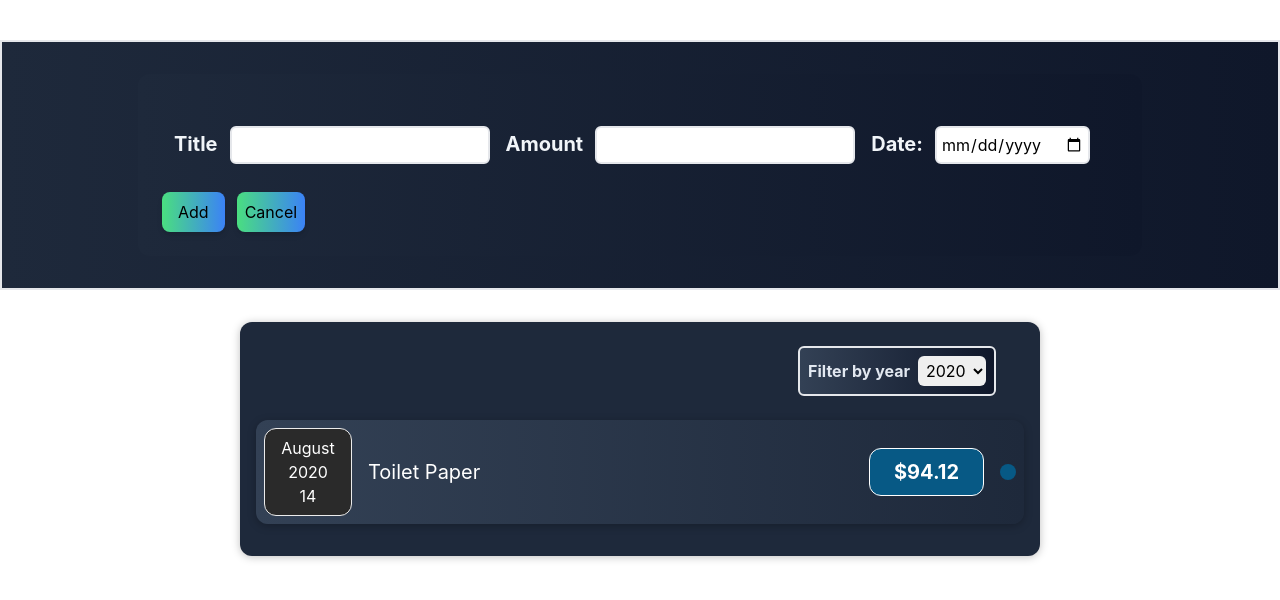
Repository: Sef24/expense-tracker
Page: /, after clicking the first element matching `button`
An editor plug-in stored every save of this project. The page is shown before and after the next save, followed by the edit.
The browser window is 1280 px wide. The pictures show the whole page.
The project was rebuilt for these pictures with package versions that can differ from the ones it lists, and the page was loaded fresh each time. Also part of the build but not shown: src/components/NewExpense/NewExpense.css, src/components/NewExpense/ExpenseForm.css.

Above is the page before, as saved 2022-05-03 16:43:09.

### public/index.html
<!DOCTYPE html>
<html lang="en">
  <head>
    <meta charset="utf-8" />
    <link rel="icon" href="%PUBLIC_URL%/favicon.ico" />
    <meta name="viewport" content="width=device-width, initial-scale=1" />

    <meta
      name="description"
      content="Web site created using create-react-app"
    />
    <link rel="apple-touch-icon" href="%PUBLIC_URL%/logo192.png" />
    <!--
      manifest.json provides metadata used when your web app is installed on a
      user's mobile device or desktop. See https://developers.google.com/web/fundamentals/web-app-manifest/
    -->
    <link rel="manifest" href="%PUBLIC_URL%/manifest.json" />
    <!--
      Notice the use of %PUBLIC_URL% in the tags above.
      It will be replaced with the URL of the `public` folder during the build.
      Only files inside the `public` folder can be referenced from the HTML.

      Unlike "/favicon.ico" or "favicon.ico", "%PUBLIC_URL%/favicon.ico" will
      work correctly both with client-side routing and a non-root public URL.
      Learn how to configure a non-root public URL by running `npm run build`.
    -->
    <title>React App</title>
  </head>
  <body>
    <noscript>You need to enable JavaScript to run this app.</noscript>
    <div id="root"></div>
    <!--
      This HTML file is a template.
      If you open it directly in the browser, you will see an empty page.

      You can add webfonts, meta tags, or analytics to this file.
      The build step will place the bundled scripts into the <body> tag.

      To begin the development, run `npm start` or `yarn start`.
      To create a production bundle, use `npm run build` or `yarn build`.
    -->
  </body>
</html>

### src/App.js
import Expenses from "./components/Expenses";
import NewExpense from "./components/NewExpense/NewExpense";
import { useState } from "react";

const DUMMY_DATA = [
  {
    id: "e1",
    title: "Toilet Paper",
    amount: 94.12,
    date: new Date(2020, 7, 14),
  },
  { id: "e2", title: "New TV", amount: 799.49, date: new Date(2021, 2, 12) },
  {
    id: "e3",
    title: "Car Insurance",
    amount: 294.67,
    date: new Date(2021, 2, 28),
  },
  {
    id: "e4",
    title: "New Desk (Wooden)",
    amount: 450,
    date: new Date(2021, 5, 12),
  },
];

function App() {
  const [expenses, setExpenses] = useState(DUMMY_DATA);

  const addExpenseHandler = (expense) => {
    setExpenses((prevExpenses) => {
      return [expense, ...prevExpenses];
    });
  };
  return (
    <div>
      <div>
        <NewExpense onAddExpense={addExpenseHandler} />
        <Expenses items={expenses} />
      </div>
    </div>
  );
}

export default App;

### src/components/Expenses.js
import React, { useState } from "react";
import ExpenseItem from "./ExpenseItem";
import "./Expenses.css";
import ExpensesList from "./ExpensesList";
import ExpensesFilter from "./NewExpense/ExpensesFilter";

function Expenses(props) {
  const [filteredYear, setFilteredYear] = useState("2020");

  const filterChangeHandler = (selectedYear) => {
    setFilteredYear(selectedYear);
  };

  const filteredExpenses = props.items.filter((expense) => {
    return expense.date.getFullYear().toString() === filteredYear;
  });

  return (
    <div>
      <div className="expenses  bg-slate-800 ... ">
        <ExpensesFilter
          selected={filteredYear}
          onChangeFilter={filterChangeHandler}
        />
        <ExpensesList items={filteredExpenses} />
      </div>
    </div>
  );
}

export default Expenses;

### src/components/NewExpense/NewExpense.js
import React from "react";
import "./NewExpense.css";
import ExpenseForm from "./ExpenseForm";
import { useState } from "react";

function NewExpense(props) {
  const [isEditing, setIsEditing] = useState(false);

  const saveExpenseDataHandler = (enteredExpenseData) => {
    const expenseData = {
      ...enteredExpenseData,
      id: Math.random().toString(),
    };

    props.onAddExpense(expenseData);
    setIsEditing(false);
  };

  const startEditingHandler = () => {
    setIsEditing(true);
  };

  const stopEditingHandler = () => {
    setIsEditing(false);
  };

  return (
    <div
      className="flex w-full p-4 mt-10 items-center justify-center border-2
      bg-gradient-to-r from-slate-800 to-slate-900 ... px-10"
    >
      {!isEditing && (
        <button
          onClick={startEditingHandler}
          className="flex items-center justify-center border-2 p-4 rounded-lg text-slate-50"
        >
          Add Expense
        </button>
      )}
      {isEditing && (
        <ExpenseForm
          onSaveExpenseData={saveExpenseDataHandler}
          onCancel={stopEditingHandler}
        />
      )}
    </div>
  );
}

export default NewExpense;

### src/components/ExpenseItem.js
import React, { useState } from "react";
import "./ExpenseItem.css";
import ExpenseDate from "./ExpenseDate";

function ExpenseItem(props) {
  const [title, setTitle] = useState(props.title);

  const clickHandler = () => {
    setTitle("Updated");
    console.log(title);
  };

  return (
    <li>
      <div className="expense-item bg-gradient-to-r  from-slate-700  to-slate-800 ... border-x-cyan-100 ">
        <ExpenseDate date={props.date} />

        <div className="expense-item__description">
          <h2>{props.title}</h2>

          <div className="expense-item__price bg-sky-800">${props.amount}</div>
        </div>
        <button
          className="p-2 ml-4 border-transparent rounded-full border-0
        bg-sky-800 font-bold text-slate-50"
          onClick={clickHandler}
        ></button>
      </div>
    </li>
  );
}

export default ExpenseItem;

### src/components/Expenses.css
.expenses {
  padding: 1rem;

  margin: 2rem auto;
  width: 50rem;
  max-width: 95%;
  border-radius: 12px;
  box-shadow: 0 1px 8px rgba(0, 0, 0, 0.25);
}

### src/components/ExpensesList.js
import React from "react";

import ExpenseItem from "./ExpenseItem";

const ExpensesList = (props) => {
  if (props.items.length === 0) {
    return (
      <h2 className="text-white font-extrabold text-xl flex items-center justify-center">
        Found no expenses...
      </h2>
    );
  }

  return (
    <ul>
      {props.items.map((expense) => (
        <ExpenseItem
          key={expense.id}
          id={expense.id}
          title={expense.title}
          amount={expense.amount}
          date={expense.date}
        />
      ))}
    </ul>
  );
};

export default ExpensesList;

### src/components/NewExpense/ExpensesFilter.js
import React from "react";

const ExpensesFilter = (props) => {
  const dropdownChangeHandler = (event) => {
    props.onChangeFilter(event.target.value);
  };
  return (
    <div className="">
      <div className="flex justify-end p-2 mr-5 ">
        <div
          className="border-2  rounded-md border-inherit p-2 ml-6
        bg-gradient-to-r from-slate-700 to-slate-900 ..."
        >
          <label className="text-slate-200 font-bold mr-2">
            Filter by year
          </label>
          <select
            value={props.selected}
            onChange={dropdownChangeHandler}
            className="rounded-md p-1"
          >
            <option value="2022">2022</option>
            <option value="2021">2021</option>
            <option value="2020">2020</option>
            <option value="2019">2019</option>
          </select>
        </div>
      </div>
    </div>
  );
};

export default ExpensesFilter;

### src/components/NewExpense/ExpenseForm.js
import React, { useState } from "react";
import "./ExpenseForm.css";

function ExpenseForm(props) {
  const [titleHandler, setTitleHandler] = useState("");
  const [amountHandler, setAmountHandler] = useState("");
  const [dateHandler, setDateHandler] = useState("");

  const handleTitleChange = (event) => {
    setTitleHandler(event.target.value);
  };

  const handleAmountChange = (event) => {
    setAmountHandler(event.target.value);
  };

  const handleDateChange = (event) => {
    setDateHandler(event.target.value);
  };

  const handleSubmit = (event) => {
    event.preventDefault();

    const expenseData = {
      title: titleHandler,
      amount: amountHandler,
      date: new Date(dateHandler),
    };
    props.onSaveExpenseData(expenseData);
    setTitleHandler("");
    setAmountHandler("");
    setDateHandler("");
  };

  return (
    <form
      className="bg-gradient-to-r from-slate-800 to-slate-900 ... p-6 m-4 rounded-xl"
      onSubmit={handleSubmit}
    >
      <div className="flex justify-center pt-4 m-3">
        <div className="font-bold text-slate-100 text-xl mr-1 mt-1">Title</div>
        <input
          className="border-2 mr-4 ml-2 rounded-md p-1 hover:bg-slate-50 active:bg-slate-50 "
          type="text"
          onChange={handleTitleChange}
          value={titleHandler}
        />

        <div className="font-bold text-slate-100 text-xl mr-1 mt-1">Amount</div>
        <input
          className="border-2 mr-4 ml-2 rounded-md p-1 hover:bg-slate-50 active:bg-slate-50"
          type="number"
          min="0.01"
          step="0.01"
          onChange={handleAmountChange}
          value={amountHandler}
        />

        <div className="font-bold text-slate-100 text-xl mr-1 mt-1">Date:</div>
        <input
          className="border-2 mr-4 ml-2 rounded-md p-1 hover:bg-slate-50 active:bg-slate-50"
          type="date"
          onChange={handleDateChange}
          value={dateHandler}
        />
      </div>
      <div className="flex flex-grow space-x-3 items-center ">
        <button
          type="submit"
          className="p-2 mt-4 px-4 border-3 border-solid rounded-lg shadow-md
          bg-gradient-to-r from-green-400 to-blue-500
          hover:from-pink-500 hover:to-yellow-500 ...
          active:opacity-75"
        >
          Add
        </button>
        <button
          type="button"
          onClick={props.onCancel}
          className="p-2 mt-4 border-3 border-solid rounded-lg shadow-md
          bg-gradient-to-r from-green-400 to-blue-500
          hover:from-pink-500 hover:to-yellow-500 ...
          active:opacity-75"
        >
          Cancel
        </button>
      </div>
    </form>
  );
}

export default ExpenseForm;

### src/components/ExpenseItem.css
.expense-item {
  display: flex;
  justify-content: space-between;
  align-items: center;
  box-shadow: 0 2px 8px rgba(0, 0, 0, 0.25);
  padding: 0.5rem;
  margin: 1rem 0;
  border-radius: 12px;
}

.expense-item__description {
  display: flex;
  flex-direction: column;
  gap: 1rem;
  align-items: flex-end;
  flex-flow: column-reverse;
  justify-content: flex-start;
  flex: 1;
}

.expense-item h2 {
  color: #3a3a3a;
  font-size: 1rem;
  flex: 1;
  margin: 0 1rem;
  color: white;
}

.expense-item__price {
  font-size: 1rem;
  font-weight: bold;
  color: white;

  border: 1px solid white;
  padding: 0.5rem;
  border-radius: 12px;
}

@media (min-width: 580px) {
  .expense-item__description {
    flex-direction: row;
    align-items: center;
    justify-content: flex-start;
    flex: 1;
  }

  .expense-item__description h2 {
    font-size: 1.25rem;
  }

  .expense-item__price {
    font-size: 1.25rem;
    padding: 0.5rem 1.5rem;
  }
}

### src/components/ExpenseDate.js
import React from "react";
import "./ExpenseDate.css";

function ExpenseDate(props) {
  const month = props.date.toLocaleString("en-US", { month: "long" });
  const day = props.date.getDate();
  const year = props.date.getFullYear();

  return (
    <div className="expense-date">
      <div className="expense__month">{month}</div>
      <div className="expense__year">{year}</div>
      <div className="expense__day">{day}</div>
    </div>
  );
}

export default ExpenseDate;

Loaded but not shown: src/index.js (common file); src/index.css (common file); src/components/ExpenseDate.css (common file); tailwind.config.js (common file)

After the next save:
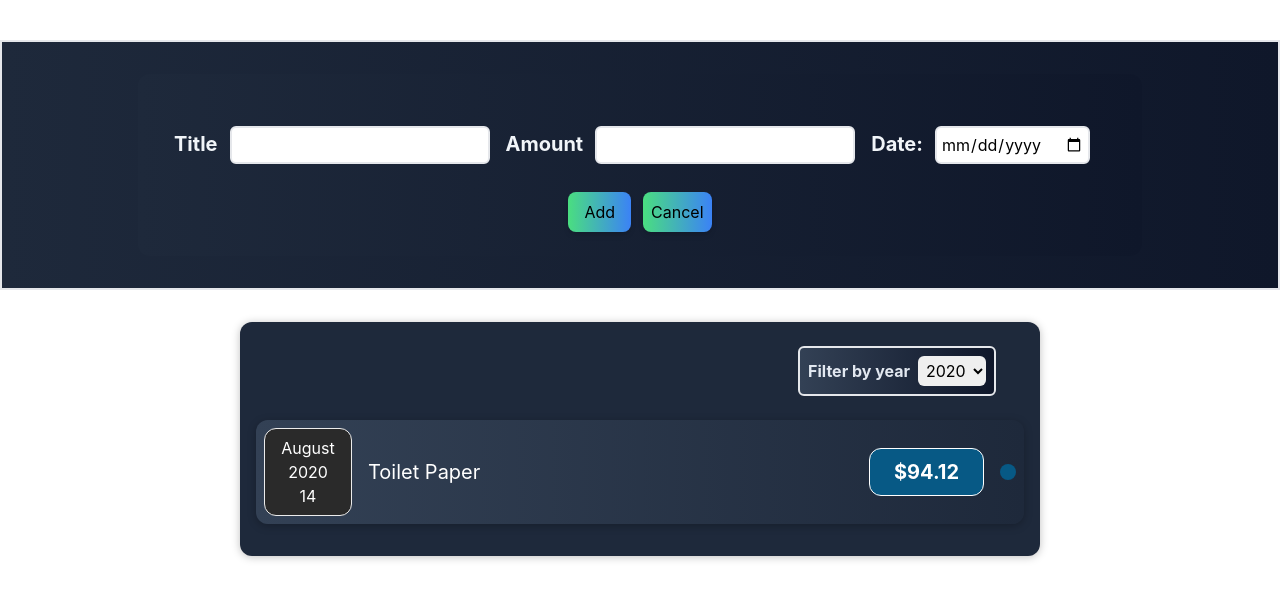
Saved 4 s later.
--- a/src/components/NewExpense/ExpenseForm.js
+++ b/src/components/NewExpense/ExpenseForm.js
@@ -64,7 +64,7 @@ function ExpenseForm(props) {
           value={dateHandler}
         />
       </div>
-      <div className="flex flex-grow space-x-3 items-center ">
+      <div className="flex flex-grow space-x-3 items-center justify-center ">
         <button
           type="submit"
           className="p-2 mt-4 px-4 border-3 border-solid rounded-lg shadow-md
